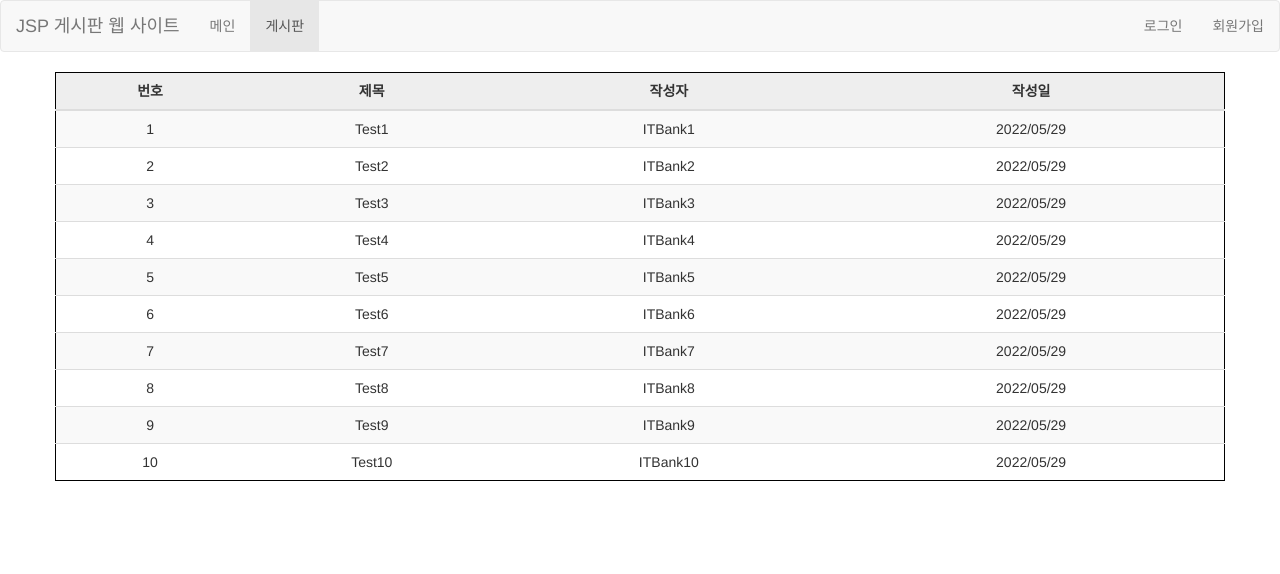
Repository: jjb5442/JSP
Page: http://localhost/07_JSP_FinalProject/board.jsp
An editor plug-in stored every save of this project. The page is shown before and after the next save, followed by the edit.
The browser window is 1280 px wide. The pictures show the whole page.
Some web libraries are served in a nearby version. The page is served by Tomcat 9.

Above is the page before, as saved 2022-05-29 01:25:20.

After the next save:
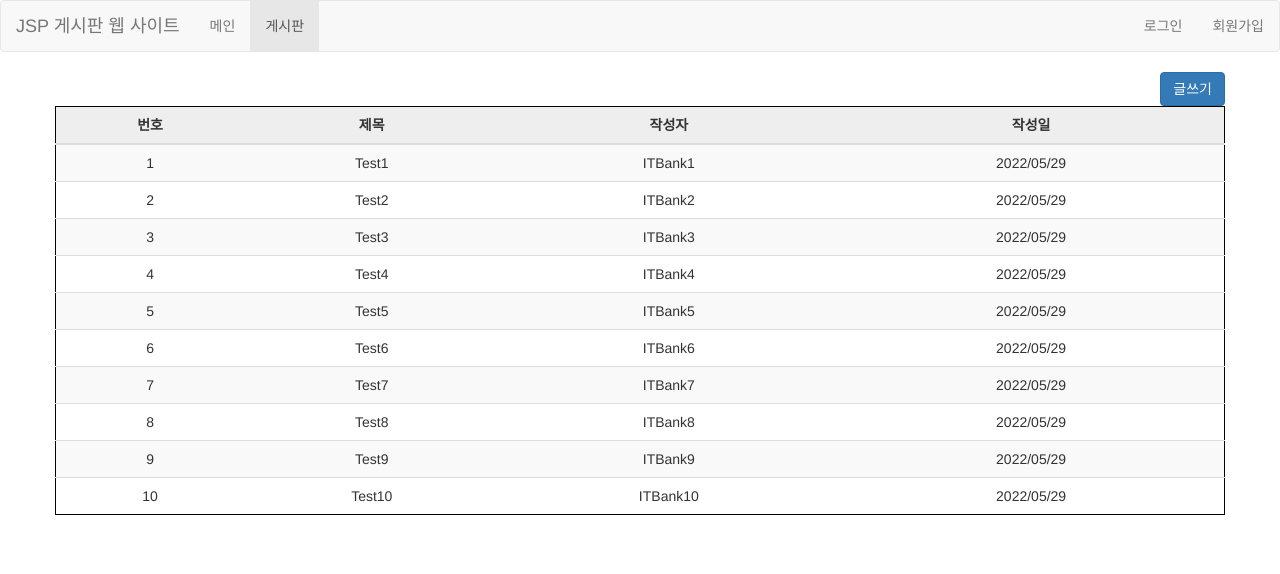
Saved 2 min 3 s later.
--- a/8Day/workspace/07_JSP_FinalProject/src/main/webapp/board.jsp
+++ b/8Day/workspace/07_JSP_FinalProject/src/main/webapp/board.jsp
@@ -29,6 +29,7 @@
 						</tr>
 					<% } %>
 				</tbody>
+				<a href="write.jsp" class="btn btn-primary pull-right">글쓰기</a>
 			</table>
 		</div>
 	</div>

After the save that followed:
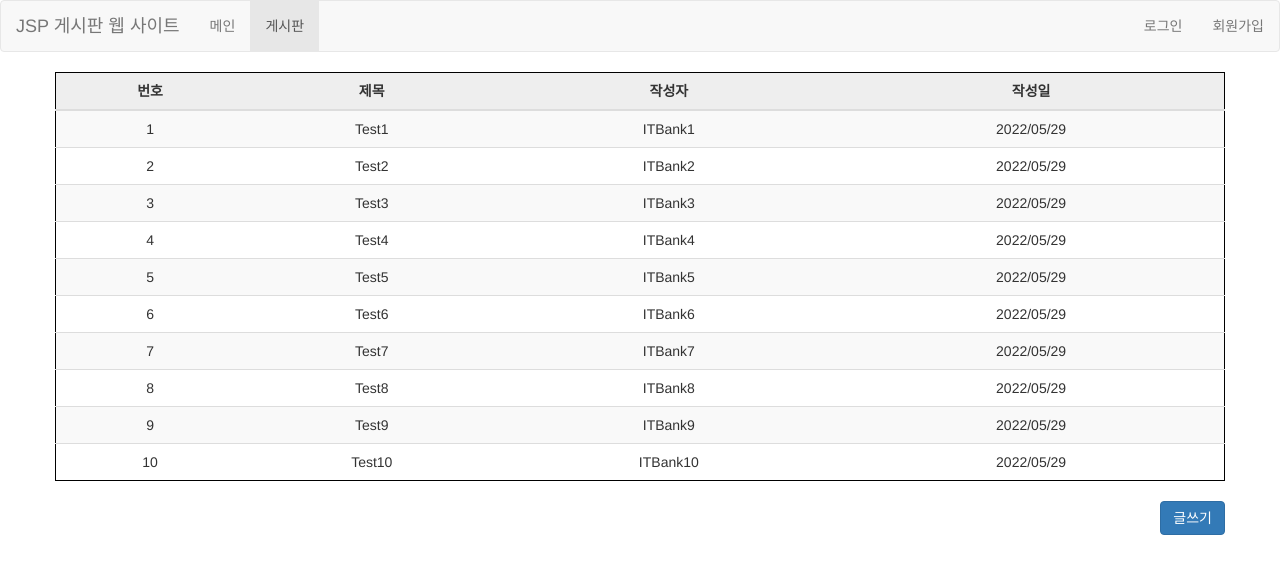
Saved 59 s later.
--- a/8Day/workspace/07_JSP_FinalProject/src/main/webapp/board.jsp
+++ b/8Day/workspace/07_JSP_FinalProject/src/main/webapp/board.jsp
@@ -29,8 +29,8 @@
 						</tr>
 					<% } %>
 				</tbody>
-				<a href="write.jsp" class="btn btn-primary pull-right">글쓰기</a>
 			</table>
+			<a href="write.jsp" class="btn btn-primary pull-right">글쓰기</a>
 		</div>
 	</div>
 </body>
